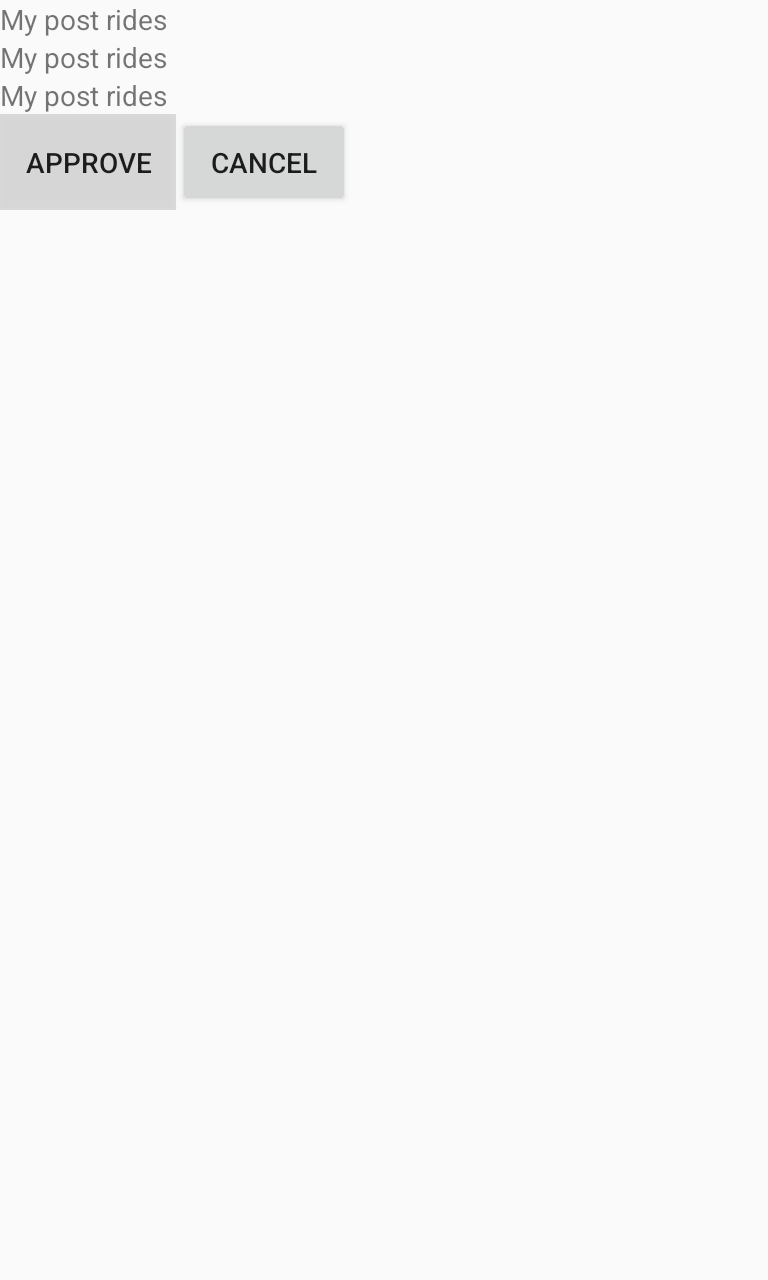
Repository: bwoldemi/LilyTrans
Layout: TransLily/res/layout/list_user_books.xml
An editor plug-in stored every save of this project. The layout is shown before and after the next save, followed by the edit.
It is drawn on a 768 x 1280 px phone screen (xhdpi) without system bars, with theme AppTheme; the app's code is not run.

Above is the layout before, as saved 2014-10-19 11:31:41.

After the next save:
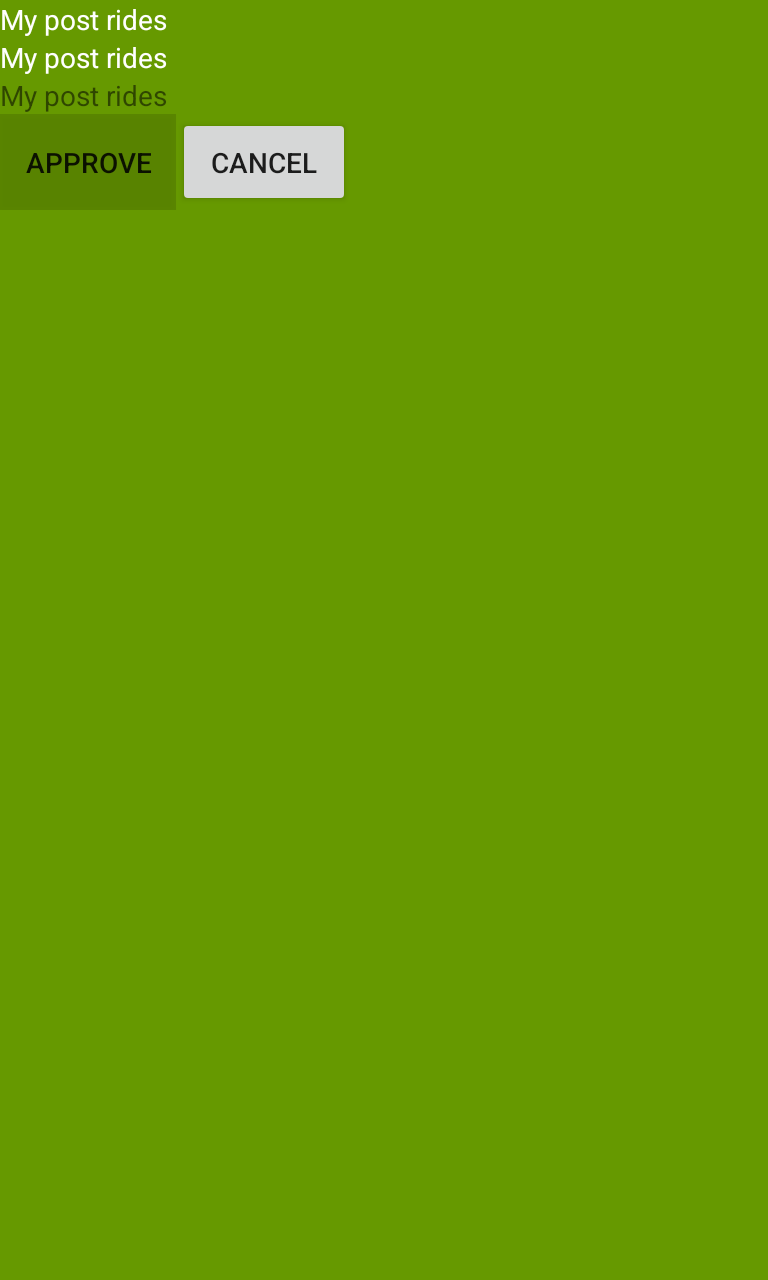
Saved 9 min 39 s later.
--- a/TransLily/res/layout/list_user_books.xml
+++ b/TransLily/res/layout/list_user_books.xml
@@ -2,19 +2,22 @@
 <LinearLayout xmlns:android="http://schemas.android.com/apk/res/android"
     android:layout_width="match_parent"
     android:layout_height="match_parent"
-    android:orientation="vertical" >
+    android:orientation="vertical"
+    android:background="@color/background">
 
     <TextView
         android:id="@+id/tv_name_rserved_post_rides"
         android:layout_width="fill_parent"
         android:layout_height="wrap_content"
-        android:text="@string/My_Post_rides" />
+        android:text="@string/My_Post_rides"
+        android:textColor="@color/text_color" />
 
     <TextView
         android:id="@+id/tv_phonenuber_rserved_post_rides"
         android:layout_width="fill_parent"
         android:layout_height="wrap_content"
-        android:text="@string/My_Post_rides" />
+        android:text="@string/My_Post_rides"
+        android:textColor="@color/text_color" />
 
     <TextView
         android:id="@+id/tv_status_rserved_post_rides"
